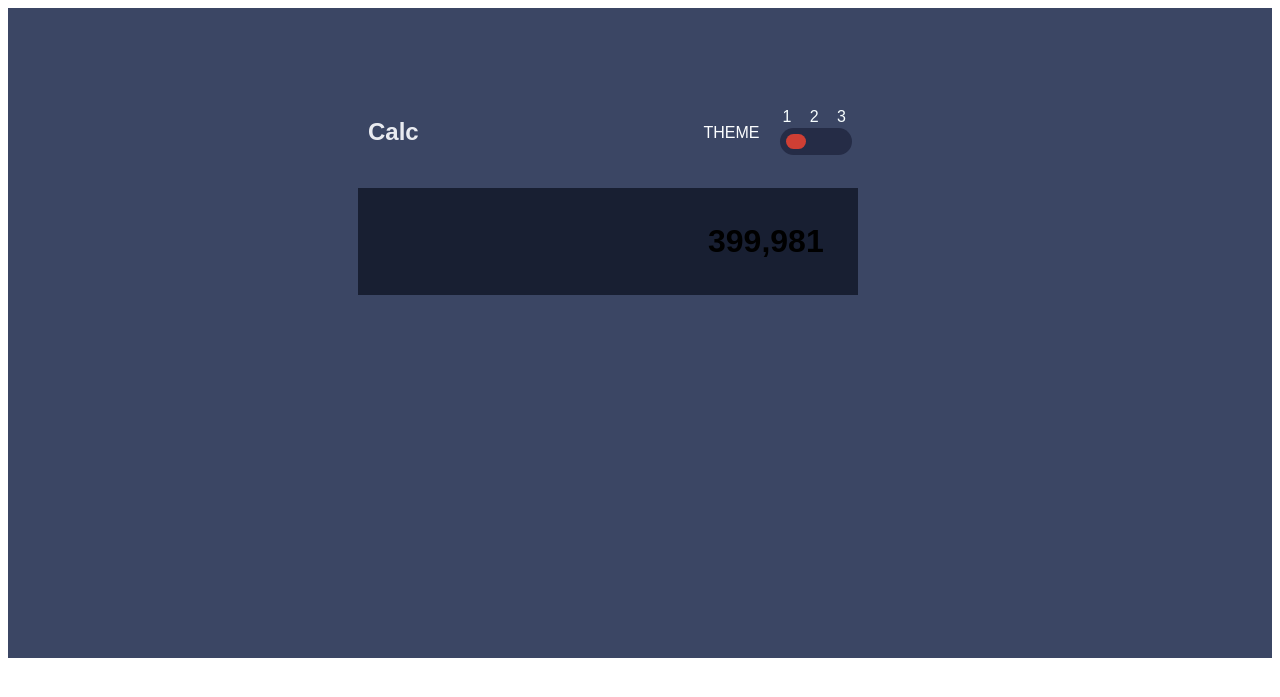
Repository: Bakyproit/Calcutor
Page: SimpleCalculatorApp.html
The author's editor kept a copy of each file at every save. The page is drawn from the files as they stood at one save, then again after a run of saves.
The browser window is 1280 px wide. The pictures show the whole page.

Above is the page before, as saved 2022-02-09 16:09:14.

After the next 4 saves:
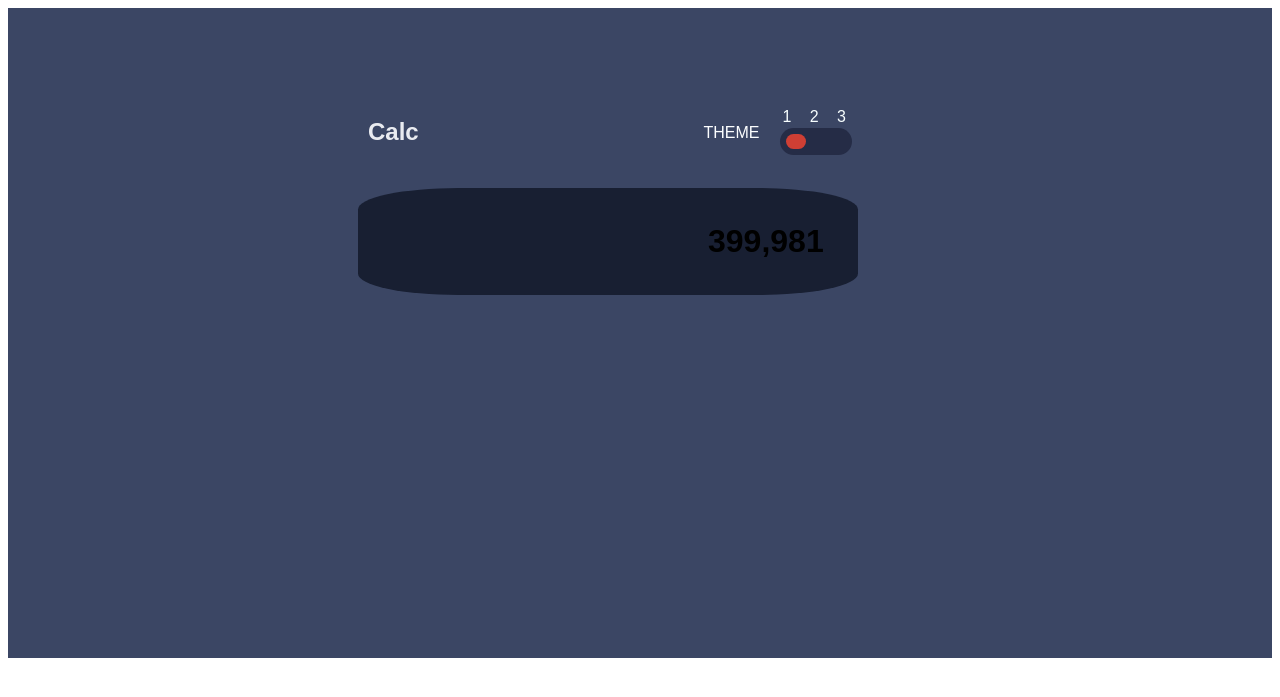
The 4 saves are shown as one change because they came seconds apart.
The last was saved 13 s later.
--- a/asset/App.css
+++ b/asset/App.css
@@ -91,6 +91,7 @@ h1{
 .app__content{
     background-color: #181f32;
     margin:30px 0;
+    border-radius: 20%;
 }
 .app__content-number{
     padding: 35px 0 ;
